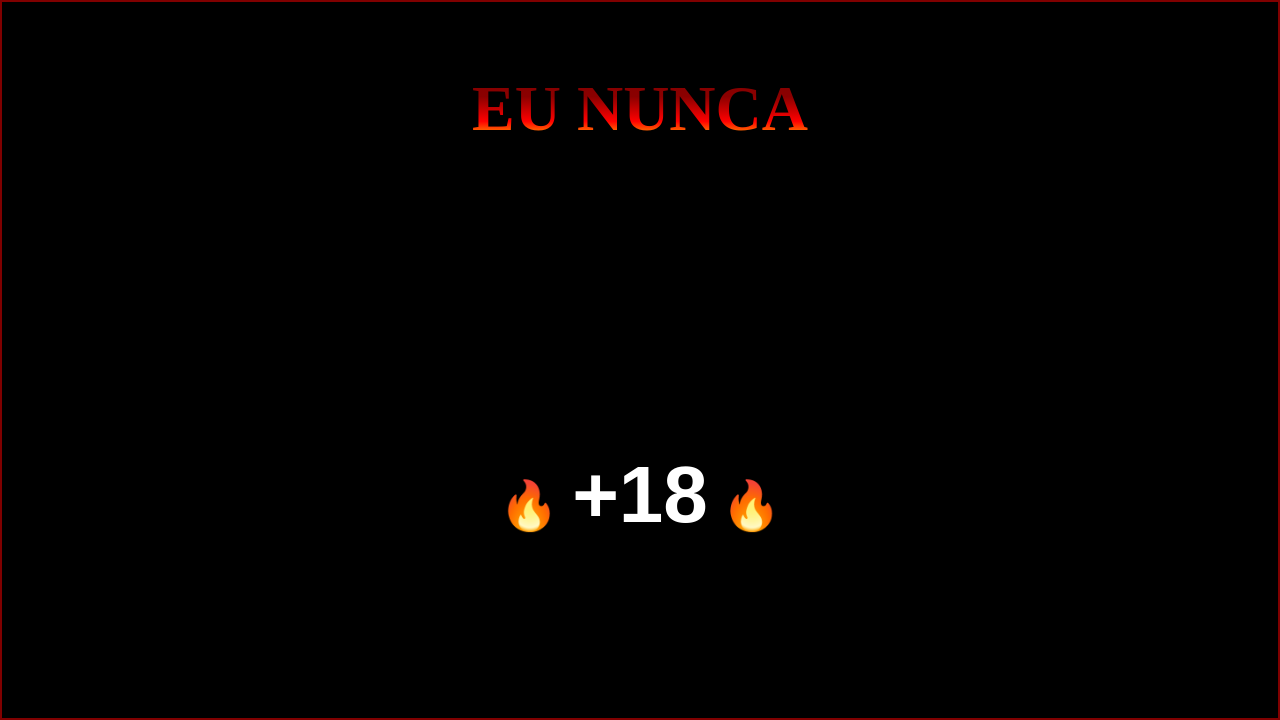
Repository: odiloalmeida/inever
Page: index.html
These files come from the project's save history. The page is drawn as it stood at one moment and after the next save; the edit follows.
The browser window is 1280 px wide. The pictures show the whole page.

Above is the page before, as saved 2023-01-31 22:32:17.

After the next save:
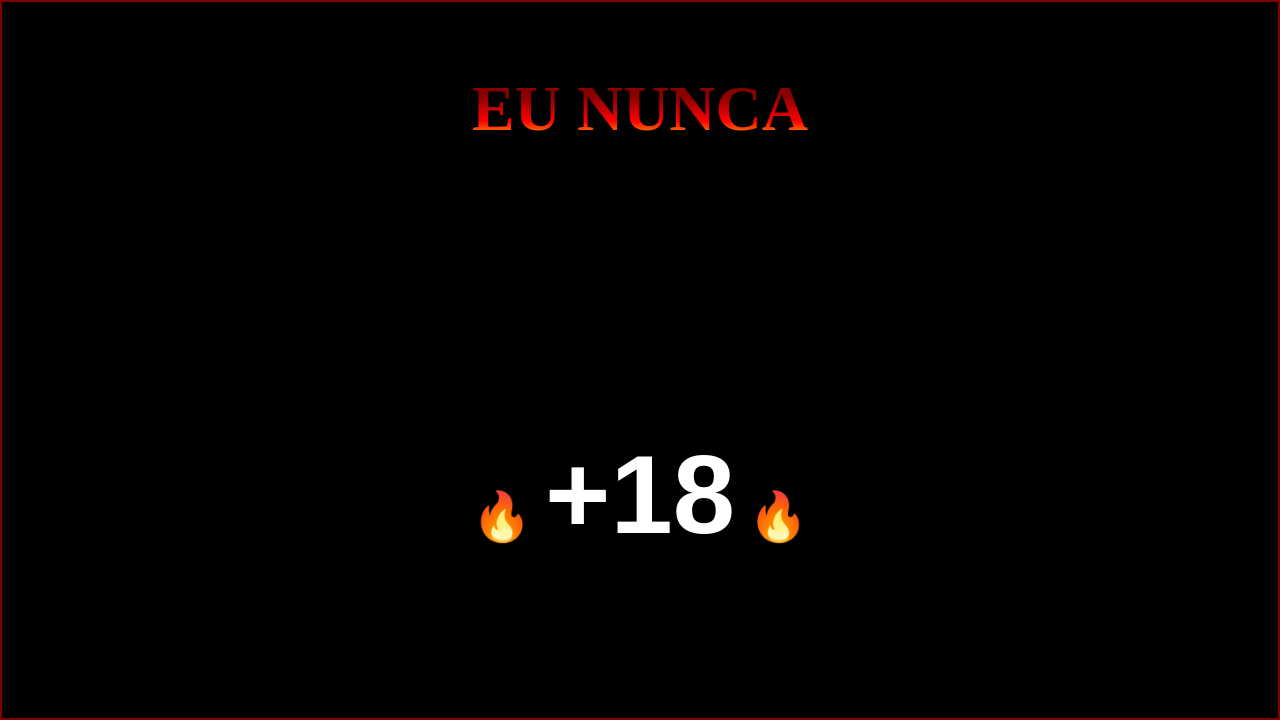
Saved 21 s later.
--- a/style.css
+++ b/style.css
@@ -46,5 +46,5 @@ button {
 
 button span2 {
     color: #fff;
-    font-size: 5rem;
+    font-size: 7rem;
 }
